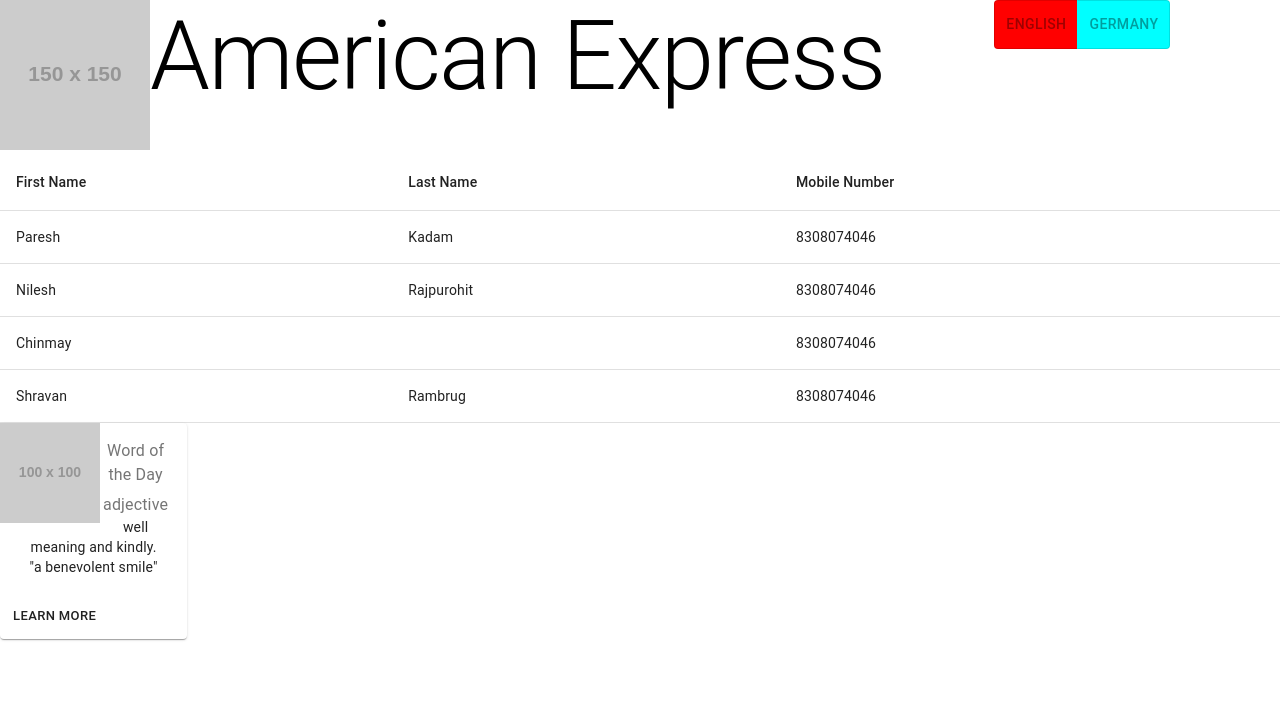
Repository: tavisca-pkadam/contentful-example
Page: /
The author's editor kept a copy of each file at every save. The page is drawn from the files as they stood at one save, then again after the next save.
The browser window is 1280 px wide. The pictures show the whole page.
The project was rebuilt for these pictures with package versions that can differ from the ones it lists, and the page was loaded fresh each time.

Above is the page before, as saved 2019-09-24 10:35:30.

### src/App.js
import React from 'react';
import logo from './logo.svg';
import './App.css';
import Header from './template/Header'
import Content from './template/Content'

function App() {
  return (
    <div className="App" >
     <Header/>
     <Content/>
    </div>
  );
}

export default App;

### src/template/Header.js
import React from 'react';
import { Grid, Typography } from '@material-ui/core';
import HeaderText from '../components/Header/HeaderText'
import Logo from '../components/Header/Logo'
import Locale from '../components/Header/Locale'

export default class Header extends React.PureComponent {
  render() {
    return (
        <div >
           <Logo/>
           <HeaderText/>
            <Locale/>
        </div>
    );
  }
}

### src/template/Content.js
import React from 'react';
import { Grid, Typography } from '@material-ui/core';
import NameList from '../components/Content/NameList'
import Banner from '../components/Content/Banner'


export default class Header extends React.PureComponent {
  render() {
    return (
        <div >
           <NameList/>
            <Banner/>
        </div>
    );
  }
}

### src/components/Header/HeaderText.js
import React from 'react';
import { Grid, Typography } from '@material-ui/core';

export default class HeaderText extends React.PureComponent {
  render() {
    return (
        <div style={{float:"left"}}>
          <Typography variant="h1" component="h2">
            American Express
        </Typography>
        </div>
    );
  }
}

### src/components/Header/Logo.js
import React from 'react';
import { Grid, Typography } from '@material-ui/core';

export default class HeaderText extends React.PureComponent {
  render() {
    return (
        <div style={{float:"left"}}>
          <img src="https://via.placeholder.com/150"/>
        </div>
    );
  }
}

### src/components/Header/Locale.js
import React from 'react';
import { Grid, Typography } from '@material-ui/core';
import ToggleButton from '@material-ui/lab/ToggleButton';
import ToggleButtonGroup from '@material-ui/lab/ToggleButtonGroup';

import List from '@material-ui/core/List';
import ListItem from '@material-ui/core/ListItem';
import ListItemIcon from '@material-ui/core/ListItemIcon';
import ListItemText from '@material-ui/core/ListItemText';

export default class HeaderText extends React.PureComponent {
  render() {
    return (
        <div >
           <ToggleButtonGroup
            // value={alignment}
            exclusive
            // onChange={handleAlignment}
            aria-label="text alignment"
          >
            <ToggleButton value="left" aria-label="left aligned" style={{backgroundColor:"red"}}>
              English
            </ToggleButton>
            <ToggleButton value="right" aria-label="centered" style={{backgroundColor:"aqua"}}>
              Germany
            </ToggleButton>

          </ToggleButtonGroup>
        </div>
    );
  }
}

### src/components/Content/NameList.js
import React from 'react';
import { Grid, Typography } from '@material-ui/core';
import Table from '@material-ui/core/Table';
import TableBody from '@material-ui/core/TableBody';
import TableCell from '@material-ui/core/TableCell';
import TableHead from '@material-ui/core/TableHead';
import TableRow from '@material-ui/core/TableRow';


export default class NameList extends React.PureComponent {
    render() {
      return (
          <div >
             <Table >
        <TableHead>
          <TableRow>
            <TableCell  align="left">First Name</TableCell>
            <TableCell align="left">Last Name</TableCell>
            <TableCell align="left">Mobile Number</TableCell>

          </TableRow>
        </TableHead>
        <TableBody>
          {/* {rows.map(row => (
            <TableRow key={row.name}>
              <TableCell component="th" scope="row">
                {row.name}
              </TableCell>
              <TableCell align="right">{row.calories}</TableCell>
              <TableCell align="right">{row.fat}</TableCell>
              <TableCell align="right">{row.carbs}</TableCell>
              <TableCell align="right">{row.protein}</TableCell>
            </TableRow>
          ))} */}
           <TableRow key="1">
              <TableCell align="left">Paresh</TableCell>
              <TableCell align="left">Kadam</TableCell>
              <TableCell align="left">8308074046</TableCell>
            </TableRow>
           <TableRow key="2">
              <TableCell align="left">Nilesh</TableCell>
              <TableCell align="left">Rajpurohit</TableCell>
              <TableCell align="left">8308074046</TableCell>
            </TableRow>
           <TableRow key="3">
              <TableCell align="left">Chinmay</TableCell>
              <TableCell align="left"></TableCell>
              <TableCell align="left">8308074046</TableCell>
            </TableRow>
           <TableRow key="4">
              <TableCell align="left">Shravan</TableCell>
              <TableCell align="left">Rambrug</TableCell>
              <TableCell align="left">8308074046</TableCell>
            </TableRow>
        </TableBody>
      </Table>
          </div>
      );
    }
  }

### src/components/Content/Banner.js
import Paper from '@material-ui/core/Paper';
import React from 'react';
import Card from '@material-ui/core/Card';
import CardActions from '@material-ui/core/CardActions';
import CardContent from '@material-ui/core/CardContent';
import Button from '@material-ui/core/Button';
import Typography from '@material-ui/core/Typography';

export default class Banner extends React.PureComponent {
  render() {
    return (
        <div style={{float:"left"}}>
         <Paper>
         <img src="https://via.placeholder.com/100" style={{float:"left"}}/>

      <CardContent>
        <Typography color="textSecondary" gutterBottom>
          Word of the Day
        </Typography>

        <Typography  color="textSecondary">
          adjective
        </Typography>
        <Typography variant="body2" component="p">
          well meaning and kindly.
          <br />
          {'"a benevolent smile"'}
        </Typography>
      </CardContent>
      <CardActions>
        <Button size="small">Learn More</Button>
      </CardActions>
         </Paper>
        </div>
    );
  }
}

Loaded but not shown: public/index.html (common file); src/index.js (common file); src/index.css (common file); src/serviceWorker.js (common file); src/App.css (common file)

After the next save:
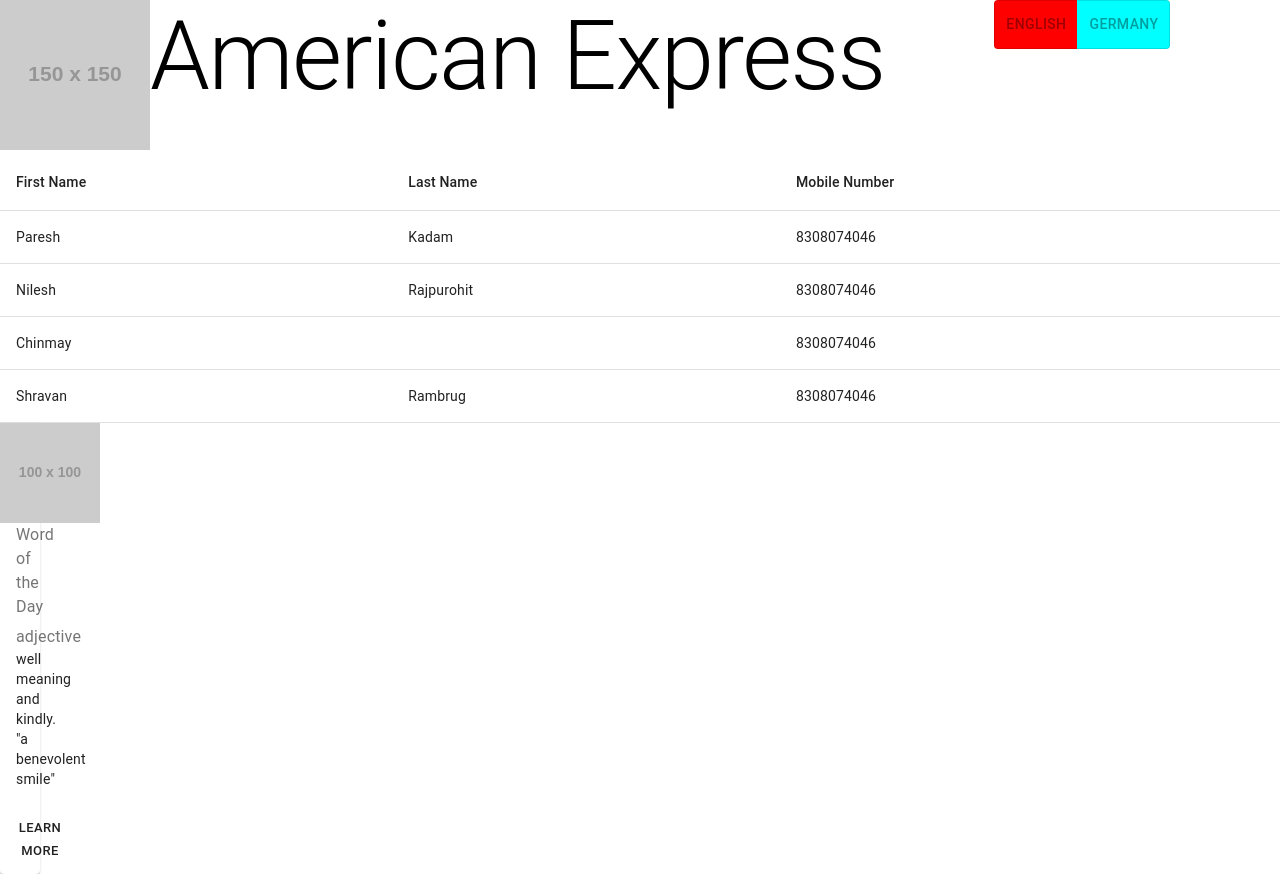
Saved 24 s later.
--- a/src/components/Content/Banner.js
+++ b/src/components/Content/Banner.js
@@ -9,8 +9,8 @@
 export default class Banner extends React.PureComponent {
   render() {
     return (
-        <div style={{float:"left"}}>
-         <Paper>
+        <div >
+         <Paper style={{width:40}}>
          <img src="https://via.placeholder.com/100" style={{float:"left"}}/>
 
       <CardContent>
